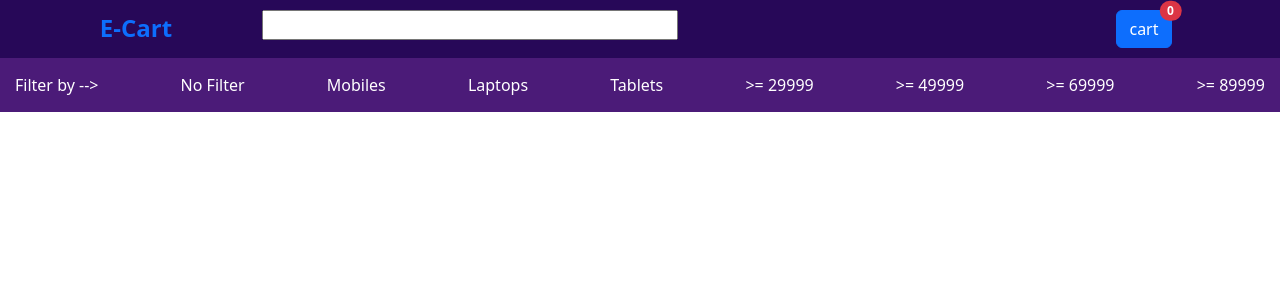
Repository: AMIT1439027/React-ECommerce-cart
Page: /cart
An editor plug-in stored every save of this project. The page is shown before and after the next save, followed by the edit.
The browser window is 1280 px wide. The pictures show the whole page.
The project was rebuilt for these pictures with package versions that can differ from the ones it lists, and the page was loaded fresh each time. Also part of the build but not shown: vite.config.js, src/components/Product.jsx, src/components/ProductDetail.jsx, src/components/Searchitem.jsx.

Above is the page before, as saved 2024-03-14 10:29:14.

After the next save:
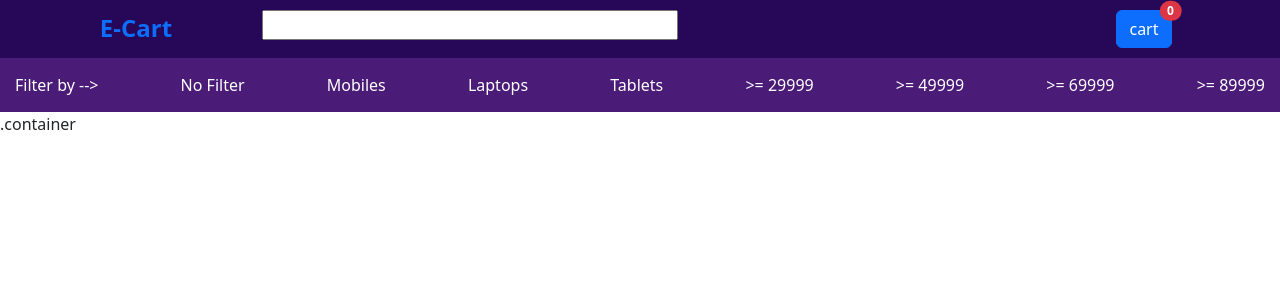
Saved 4 s later.
--- a/src/components/Cart.jsx
+++ b/src/components/Cart.jsx
@@ -3,7 +3,7 @@ import React from 'react'
 const Cart = ({cart, setCart}) => {
   return (
     <>
-
+    .container
     </>
   )
 }
